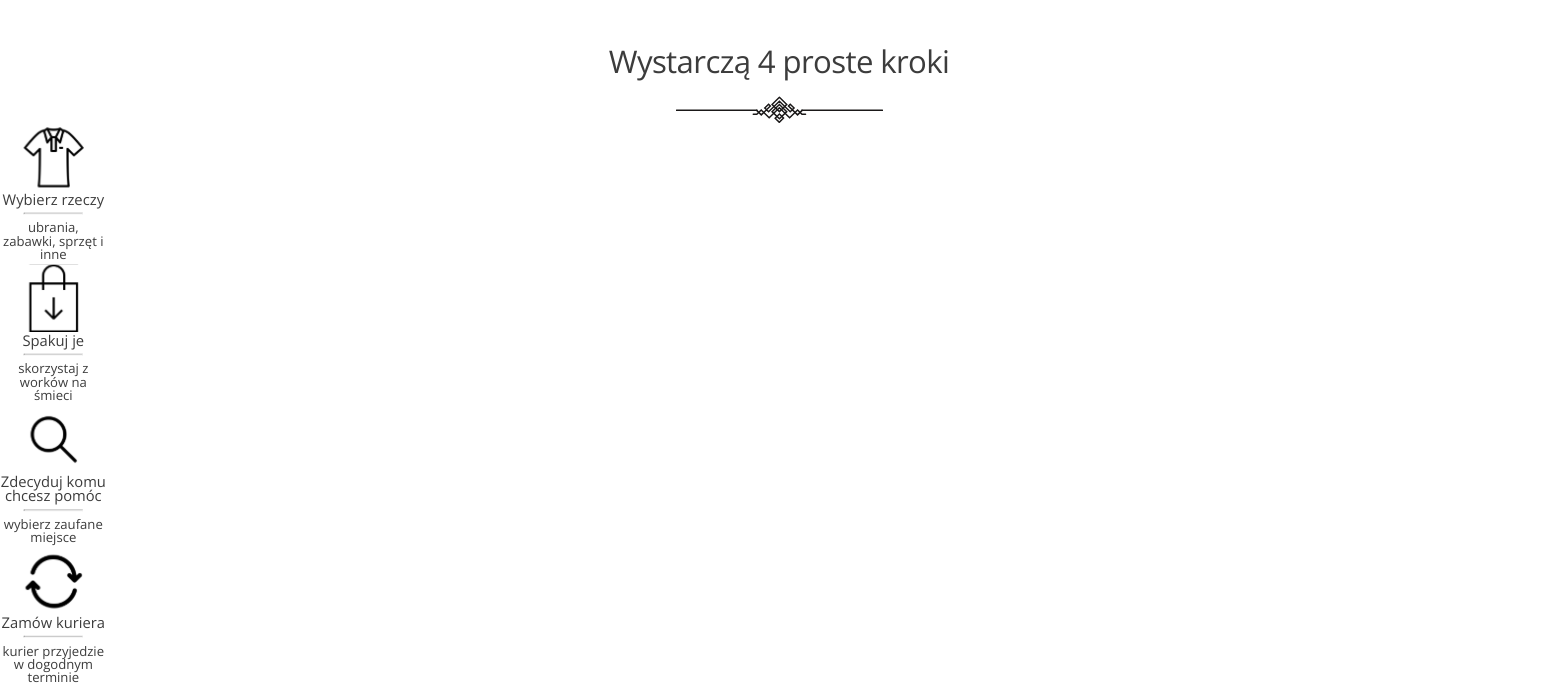
Repository: tomekwoojcik/oddam-w-dobre-rence
Page: /
An editor plug-in stored every save of this project. The page is shown before and after the next save, followed by the edit.
The browser window is 1280 px wide. The page is 1900 px wide, so the pictures cover 1900 px, including what lies to the right of the window. The pictures show the part of the page from y = 1347 to 2186 px (the page is 2186 px tall before and 1670 px after), at 82% of full size.
The project was rebuilt for these pictures with package versions that can differ from the ones it lists, and the page was loaded fresh each time. Also part of the build but not shown: src/pages/logIn/logIn.js, src/pages/register/register.js.

Above is the page before, as saved 2022-12-07 20:45:35.

After the next save:
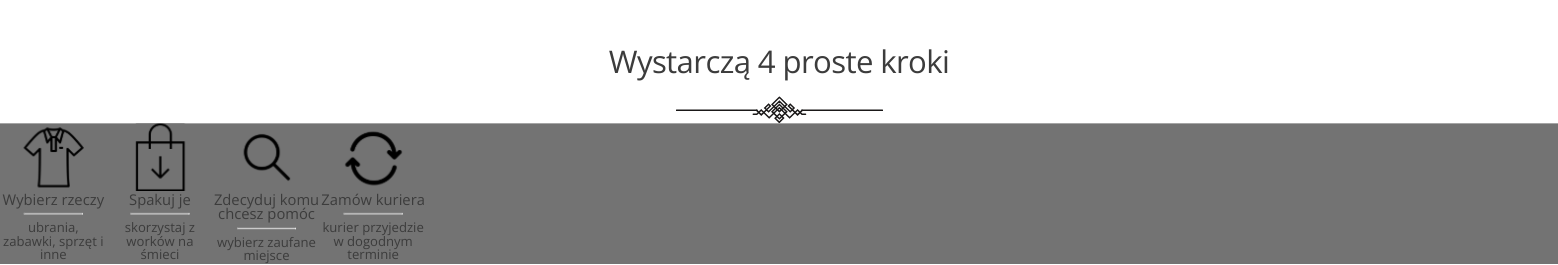
Saved 82 s later.
--- a/src/scss/main.scss
+++ b/src/scss/main.scss
@@ -23,6 +23,7 @@
 @import '../components/atoms/simpleStepsTitle/simpleStepsTitle';
 @import '../components/organisms/simpleSteps/simpleSteps';
 @import '../components/atoms/simpleStepsColumn/simpleStepsColumn';
+@import '../components/molecules/simpleStepsBar/simpleStepsBar';
 
 * {
     font-family: $font-base;
